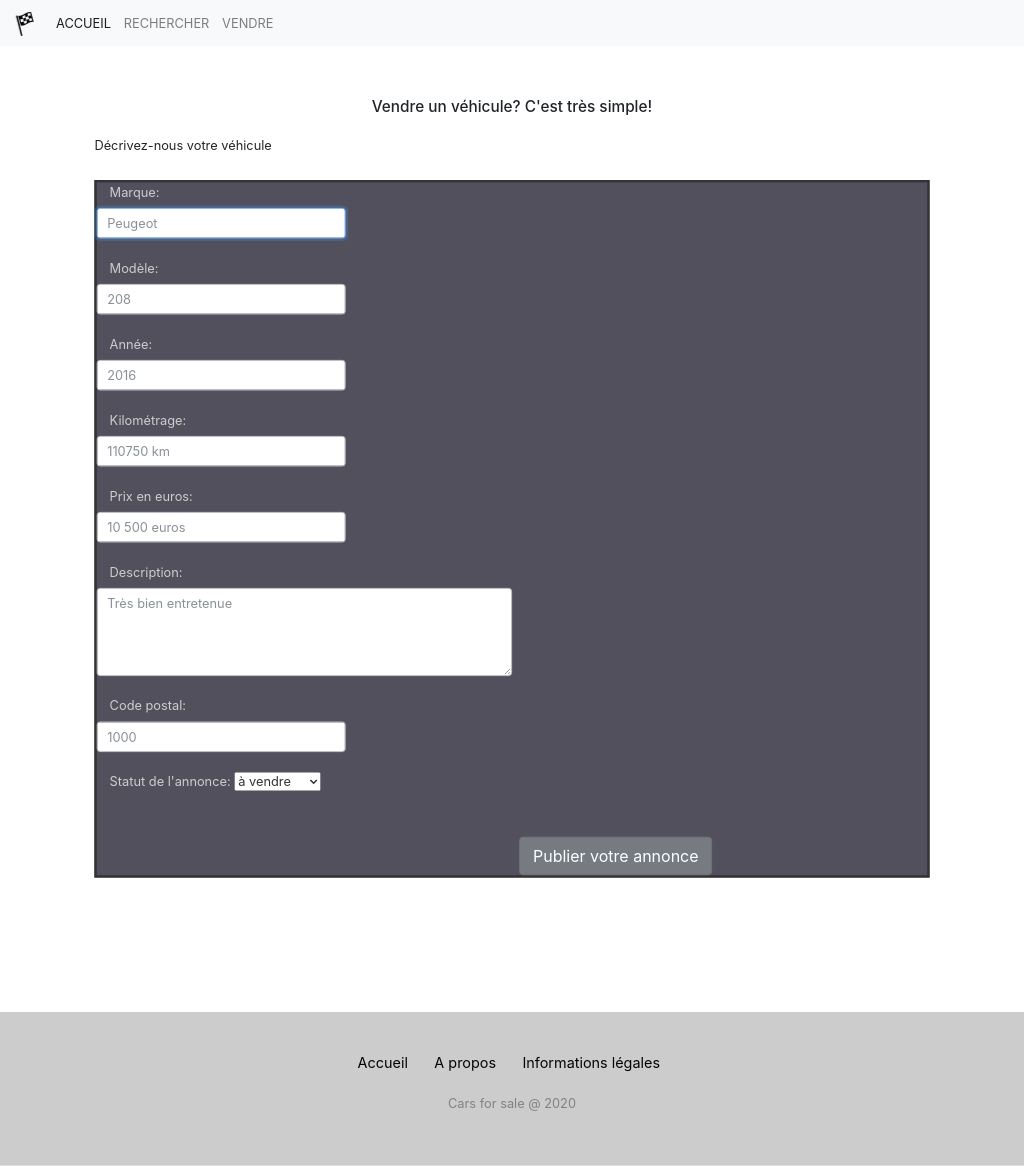
Repository: JonasvanHoorebeke/node_project_carforsale_final
Page: http://localhost/annonce/add
The author's editor kept a copy of each file at every save. The page is drawn from the files as they stood at one save, then again after the next save.
The browser window is 1280 px wide. The pictures show the whole page, at 80% of full size.
The page is served by the project's Node server (server.js). Other server files are loaded and not shown.

Above is the page before, as saved 2020-08-26 09:53:10.

### views/annonce_add.ejs

<%- include('header.ejs') %>
<div class="container p-5">
  <h2 class="introsignup">Vendre un véhicule? C'est très simple!</h2>
  <p>Décrivez-nous votre véhicule</p>
  <form action="/annonce/save" method="post">
    <div class="infosignup">
        <label for="marque" class="nomdescases">Marque:</label>
        <input type="text" class="form-control" id="marque" placeholder="Peugeot" name="marque" required autofocus>
    </div>
    <div class="infosignup">
        <label for="modele" class="nomdescases">Modèle:</label>
        <input type="text" class="form-control" id="modele" placeholder="208" name="modele" required aria-label="modele">
    </div>
    <div class="infosignup">
        <label for="annee" class="nomdescases">Année:</label>
        <input type="number" class="form-control" id="annee" placeholder="2016" name="annee" required aria-label="annee">
    </div>
    <div class="infosignup">
        <label for="kilometrage" class="nomdescases">Kilométrage:</label>
        <input type="number" class="form-control" id="kilometrage" placeholder="110750 km" name="kilometrage" required aria-label="kilometrage">
    </div>
    <div class="infosignup">
        <label for="prix" class="nomdescases">Prix en euros:</label>
        <input type="number" class="form-control" id="pwd" placeholder="10 500 euros" name="prix" required aria-label="prix">
    </div>
    <div class="infosignupdescription">
        <label for="description" class="nomdescases">Description:</label>
        <textarea type="textarea" cols="40" rows="4" class="form-control" id="description" placeholder="Très bien entretenue" name="description" required aria-label="description"></textarea>
    </div>
    <!--<div class="infosignup">
        <label for="photo" class="nomdescases">Photo:</label>
        <input type="text" class="form-control" id="photo" placeholder="Très bien entretenue" name="photo" required aria-label="photo">
    </div>-->
    <div class="infosignup">
        <label for="codepostal" class="nomdescases">Code postal:</label>
        <input type="text" class="form-control" id="codepostal" placeholder="1000" name="codepostal" required aria-label="codepostal">
    </div>
    <!--div class="infosignup">
        <label for="idcateg" class="nomdescases">Catégorie: (1 = ancien , 2 = récent, 3 = neuf)</label>
        <input type="text" class="form-control" id="categ" placeholder="2" name="idcateg" required>
    </div-->
    <!--<div class="infosignup">
        <label for="idcateg" class="nomdescases">Catégorie   :   (1 = ancien , 2 = récent, 3 = neuf)&nbsp&nbsp&nbsp&nbsp</label>
            <select id="idcateg" name="idcateg" required>
                <option value="1">1</option>
                <option value="2">2</option>
                <option value="3">3</option>
            </select>
    </div>-->
    <div class="infosignup">
        <label for="idcategorie" class="nomdescases">Statut de l'annonce: </label>
            <select id="idcategorie" name="idcategorie" required>
                <option value="1">à vendre</option>
                <option value="2">à échanger</option>
                <option value="3">autre</option>
            </select>
    </div>
    </br>
    <div class="login">
    <button type="submit" class="btn btn-secondary btn-lg active  offset-md-3" class="login">Publier votre annonce</button>
    </div>
</form>

</div>
</br></br></br></br></br>
<%- include('footer.ejs') %>

### views/header.ejs
<!DOCTYPE html>
<html lang="fr">

<head>
  <title>Cars for sale - Véhicules d'occasion</title>
  <meta charset="utf-8">
  <meta name="viewport" content="width=device-width, initial-scale=1.0">
  <link href="/css/style.css" rel="stylesheet" type="text/css">
  <link rel="stylesheet" href="https://maxcdn.bootstrapcdn.com/bootstrap/4.3.1/css/bootstrap.min.css">
  <script type="text/javascript" src="../scripts/scriptindex.js"></script>
  <script src="https://ajax.googleapis.com/ajax/libs/jquery/3.4.1/jquery.min.js"></script>
  <script src="https://maxcdn.bootstrapcdn.com/bootstrap/4.3.1/js/bootstrap.min.js"></script>
  <link rel="stylesheet" href="https://stackpath.bootstrapcdn.com/bootstrap/4.4.1/css/bootstrap.min.css" integrity="sha384-Vkoo8x4CGsO3+Hhxv8T/Q5PaXtkKtu6ug5TOeNV6gBiFeWPGFN9MuhOf23Q9Ifjh" crossorigin="anonymous">
    <!-- Plugin JS, jQuery Bootstrap -->
    <script src="https://code.jquery.com/jquery-3.5.1.slim.min.js" integrity="sha384-DfXdz2htPH0lsSSs5nCTpuj/zy4C+OGpamoFVy38MVBnE+IbbVYUew+OrCXaRkfj" crossorigin="anonymous"></script>
    <script src="https://cdn.jsdelivr.net/npm/popper.js@1.16.0/dist/umd/popper.min.js" integrity="sha384-Q6E9RHvbIyZFJoft+2mJbHaEWldlvI9IOYy5n3zV9zzTtmI3UksdQRVvoxMfooAo" crossorigin="anonymous"></script>
    <script src="https://stackpath.bootstrapcdn.com/bootstrap/4.5.0/js/bootstrap.min.js" integrity="sha384-OgVRvuATP1z7JjHLkuOU7Xw704+h835Lr+6QL9UvYjZE3Ipu6Tp75j7Bh/kR0JKI" crossorigin="anonymous"></script>

</head>
<body>
    <!--<nav class="navbar navbar-expand-sm navbar-light bg-light">
        <div class="container"><a class="skinfarmers" src="css/cars-for-sale-logo.png" width="30" height="30" alt="Logo de Cars for sale">></a><button data-toggle="collapse" class="navbar-toggler" data-target="#navcol-1"><span class="sr-only">Toggle navigation</span><span class="navbar-toggler-icon"></span></button>
            <div class="collapse navbar-collapse"
                id="navcol-1">
                <ul class="nav navbar-nav ml-auto">
                    <li role="presentation"><a class="navboutonergo" href="/annonce/add">Ajouter une annonce</a></li>
                    <li role="presentation"><a class="navbouton" href="#">Fonctionnement</a></li>
                    <li role="presentation"><a class="navbouton" href="/signup/now">S'inscrire</a></li>
                    <li role="presentation"><a class="navbouton" href="/profil">Profil</a></li>
                    <li role="presentation"><a class="navbouton" href="/logout">Déconnexion</a></li>
                    <li role="presentation"><a class="navbouton" href="/cart">cart</a></li>
                    <li><a href="/cart" class="cartlogo"><img src="/css/ttt.png" alt="bouton panier" style="max-width: 39px;"></a></li>
                </ul>
            </div>
        </div>
    </nav>-->

    <nav class="navbar navbar-expand-sm navbar-light bg-light">
        <a class="navbar-brand" href="/">
          <img src="css/cars-for-sale-logo.png" width="30" height="30" alt="Logo de Cars for sale">
        </a>
        <button class="navbar-toggler" type="button" data-toggle="collapse" data-target="#navbarNav" aria-controls="navbarNav" aria-expanded="false" aria-label="Toggle navigation">
          <span class="navbar-toggler-icon"></span>
        </button>
        <div class="collapse navbar-collapse" id="navbarNav">
          <ul class="navbar-nav">
            <li class="nav-item active">
              <a class="nav-link" href="/">ACCUEIL</a>
            </li>
            <li class="nav-item">
              <a class="nav-link" href="/">RECHERCHER</a>
            </li>
            <li class="nav-item">
              <a class="nav-link" href="/annonce/add">VENDRE</a>
            </li>
          </ul>
        </div>
      </nav>

### views/footer.ejs
<!DOCTYPE html>
<html lang="fr">
<head>
  <title></title>
  <meta charset="utf-8">
  <meta name="viewport" content="width=device-width, initial-scale=1.0">
  <link rel="stylesheet" href="https://stackpath.bootstrapcdn.com/bootstrap/4.4.1/css/bootstrap.min.css" integrity="sha384-Vkoo8x4CGsO3+Hhxv8T/Q5PaXtkKtu6ug5TOeNV6gBiFeWPGFN9MuhOf23Q9Ifjh" crossorigin="anonymous">
  <link href="/css/style.css" rel="stylesheet" type="text/css">
  <link rel="stylesheet" href="https://maxcdn.bootstrapcdn.com/bootstrap/4.3.1/css/bootstrap.min.css">
</head>
<div id="page">
  <div class="footerr">
      <footer>
          <ul class="boutonfooter">
              <li class="bouton"><a href="/">Accueil</a></li>
              <li class="bouton"><a href="#">A propos</a></li>
              <li class="bouton"><a href="/infoleg">Informations légales</a></li>
          </ul>
      </br>
          <p class="copyright">Cars for sale @ 2020</p>
      </footer>
  </div>
</div>
</body>
</html>

### server.js
const path = require('path');
const express = require('express');
const ejs = require('ejs');
const bodyParser = require('body-parser');
const mysql = require('mysql');
const app = express();
const http = require('http');
const mysqlConnection = require("./connection.js");
var router = express.Router();
var session = require('express-session');
var cookieParser = require('cookie-parser');



//set views file
app.set('views',path.join(__dirname,'views'));

//set view engine
app.set('view engine', 'ejs');
app.use(bodyParser.json());
app.use(bodyParser.urlencoded({ extended: false }));
app.use(cookieParser());
app.use(session({
  secret: 'secret',
  resave: false,
  saveUninitialized: true
}))
app.use(express.static(__dirname + '/public')) //pour utiliser le css en local (fichiers statiques)



//app.use('/', routesUsers);
let routesUsers = require("./routes/routesAnnonces");
app.use('/', routesUsers);
// Server Listening
app.listen(3000, () => {
    console.log('I am feeling great on port 3000');
});

### controllers/annonceControllers.js

let mysqlConnection = require('../connection');
let Annonce = require('../models/userModels');

/* GET home page. */
exports.mainrender = function (req, res) {
  let sql = "SELECT * FROM annonce INNER JOIN categorie ON categorie.idcategorie = annonce.idcategorie";
  let query = mysqlConnection.query(sql, (err, rows) => {
      if(req.session.role === 'SuperAdmin')
      res.render('admin.ejs', {
          title : 'Annonces',
          annonce : rows
      });
      else{
      res.render('admin.ejs', {
          title :'Annonces',
          annonce : rows

      })
      }
  });
};

/* GET form for new annonce */
exports.annonceNew = function (req, res) {
  res.render('annonce_add', {
      title : "Vendre un véhicule"
  });
};

  /* POST form for new annonce */
  exports.annonceAdd = function (req, res) {
  let annonce = new Annonce(req.body.idannonce, req.body.marque, req.body.modele, req.body.annee, req.body.kilometrage, req.body.prix, req.body.description, req.body.photo, req.body.codepostal, req.body.categorie);
  console.log(annonce);
  mysqlConnection.query("INSERT INTO annonce SET?",
      annonce, function (err, results) {
          if (err) {
              res.status(400).send(error);
          } else {
              res.status(200).redirect('/');
          }
      });
  };

  /* GET update annonce */
  exports.annonceUpdate = function (req, res) {
  let annonce = new Annonce(req.body.idannonce, req.body.marque, req.body.modele, req.body.annee, req.body.kilometrage, req.body.prix, req.body.description, req.body.photo, req.body.codepostal);
  console.log(annonce);
  mysqlConnection.query("UPDATE annonce SET marque='"+req.body.marque+"', modele='"+req.body.modele+"', annee='"+req.body.annee+"' where idannonce ="+req.body.idannonce,
      [annonce, req.body.idannonce], function (err, results) {
          if (err) {
              console.log(error);
              res.status(400).send(error);
          } else {
              res.status(202).redirect('/');
          }
      })
};

  /* POST update annonce */
exports.annonceEdit = function (req, res) {
  const id = req.params.id;
  let sql = `SELECT * FROM annonce WHERE idannonce = ${id} `; // idannonce = nom clé primaire dans la bd, id est lié au server
  let query = mysqlConnection.query(sql,(err, result)=>{
      if(err) throw err;
      res.render('annonce_edit',{
          title : 'Annonce',
          user : result[0]
      });
  });
};

  /* GET delete annonce */
  exports.annonceDelete = function (req, res) {
  const id = req.params.id;
  let sql = `DELETE from annonce WHERE idannonce = ${id}`;
  let query = mysqlConnection.query(sql,(err, result)=>{
      if(err) throw err;
      res.redirect('/');
  });
};

  /* GET an annonce */
  exports.annonce = function (req, res) {
  const id = req.params.id;
  let sql = `SELECT * from annonce WHERE idannonce = ${id}`;
  let query = mysqlConnection.query(sql,(err, result)=>{
      if(err) throw err;
      res.render('annonce_page',{
          title : 'Annonce demandée',
          annonce : result[0]
      });
  });
};





/* GET home page.
router.get('/', function(req, res, next) {
    res.render('index', { title: 'Cars for Sale' });
  });

  GET test connection.
  router.get('/testconnect', function(req, res, next){
    if (db != null) {
      res.send('La connexion est établie');
    } else {
      res.send('Échec de la tentative de connexion');
    }
  });

  GET generate list of annonces
  router.get('/acheter', function(req, res, next){
    db.query('SELECT * FROM tb_annonce', function(err, rs) {
      res.render('select', {acheter: rs}); // res.render = génère un modèle de vue
    });
  });

   GET generate specific annonce
   router.get('/detail', function(req, res, next){
    db.query('SELECT FROM tb_annonce WHERE id = ?', function(err, rs) {
      res.render('detail', {detail: rs}); // res.render = génère un modèle de vue
    });
  });

   GET form for new annonce
  router.get('/form', function(req, res, next){
    res.render('form', { acheter: {} });
  });

   POST form for new annonce
  router.post('/form', function(req, res, next){
    db.query('INSERT INTO tb_annonce SET ?', req.body, function(err, rs){
      res.render('new');
    })
  })

   GET delete annonce
  router.get('/delete', function(req, res, next) {
    db.query('DELETE FROM tb_annonce WHERE id = ?', req.query.id, function(err, rs) {
      res.redirect('/acheter');
    })
  });

   GET update annonce
  router.get('/edit', function(req, res, next) {
    db.query('SELECT * FROM tb_annonce WHERE id = ?', req.query.id, function(err, rs){
      res.render('form', {acheter: rs[0]});
    })
  });

   POST update annonce
  router.post('/edit', function(req, res, next) {
    var param =  [
      req.body,       // data for query
      req.query.id    // condition for update
    ]
    db.query('UPDATE tb_annonce SET ? WHERE id = ?', param, function(err, rs) {
      res.redirect('/acheter');    // go to page select
    })
  })
  */

### connection.js
const mysql = require("mysql");

var mysqlConnection = mysql.createConnection({
    host : "localhost",
    user : "root",
    password : "root",
    database : "db_carforsale",
    multipleStatements : true
});

mysqlConnection.connect((err)=>{
    if(!err)
        {
            console.log("Database connected <3");
        }
    else
        {
            console.log("Something went wrong with the database :( ");
        }
})

module.exports = mysqlConnection;

### public/css/style.css
body
{
    background-color: grey;
}


/* Gérer la couleur des liens/boutons */

nav a:link {
    text-decoration : none;
}

nav a:hover {
    color : rgb(0, 0, 0);
}

nav a:active {
    text-decoration: none;
}

nav a:visited{
    text-decoration : none;
}

.boutonfooter {
        padding-left: 0px;
        list-style: none;
      }

.footerr {
        padding: 50px 0;
        background-color: #cbcbcb;
        color: grey; /*gère la couleur du copyright en bas*/
        text-align: center;
        opacity: 98%;
        left : 0;
        bottom : 0;
        width: 100%;
      }

.footerr ul {
        padding: 0;
        list-style: none;
        text-align: center;
        font-size: 18px;
        line-height: 1.6;
        margin-bottom: 0;
      }

.footerr li {
        padding: 0 10px;
      }



ul {
        margin-top: 0;
        margin-bottom: 1rem;
      }

.bouton {
    margin-right: .5rem;
    display: inline-block;
}

.intro {
    text-align: center;
    background-color: #b0b0b0;
    font-size: 20px;
    opacity: 80%;
    border-radius: 5px 5px 5px 5px;
    width: 75%;
    height: 10%;
    display: block;
    margin-left: auto;
    margin-right: auto;
    border-radius: 5px 5px 5px 5px;
    box-shadow: 12px 15px 20px 0px rgba(46,61,73,0.15);
}

nav {
    background-attachment: fixed;
    background-size: cover;
    opacity: 98%;
}


nav a { /*gère le logo skinfarmerz*/
    color: #d3d3d3;
}

.boutonheader {
    list-style: none;
    display : inline;
}

ul.boutonheader {
    list-style: none;
    display : inline-flex;
}


.container {
    width: 100%;
    padding-right: 15px;
    padding-left: 15px;
    margin-right: auto;
    margin-left: auto;
}
.skinfarmers {
    display: inline-block;
    padding-top: .3125rem;
    padding-bottom: .3125rem;
    margin-right: 1rem;
    font-size: 1.25rem;
    line-height: inherit;
    white-space: nowrap;
}

.navbouton {
    display: block;
    padding: .5rem 1rem;
    color: goldenrod;
}

.navboutonergo {
    display: block;
    padding: .5rem 1rem;
    color: goldenrod;
}

ul.boutonfooter a {
    color: rgb(0, 0, 0)!important;
}

form {
    margin-top: 2em;
    background-color: #cac8c2;
}


#Lesskins {
    border-radius: 10px;
    margin-bottom: 200px;
    min-height: 400px;
}

.titreadd {
    color: #282536;
}

.titreproduit {
    text-align: center;
    color: #282536;
    background-color: #241e2d;
}

.cartt {
    text-align: center;
    background-color: #282536;
}

.introcart {
    text-align: center;
    background-color: #282536;
    color: #c1c1c1;
}

.itemm {
    display: block;
    color: #c1c1c1;
    padding-top: 1rem;
}

.nomskin {
    color: goldenrod;
}


.textintroregister {
    text-transform: uppercase;
    text-align: center;
    margin-bottom: 5rem;
}

.infos {
    display: block;
}

.listtt {
    display: block;
    text-align: center;
}

#loginbox {
    text-align: center;
}

.introsignup {
    font-size: larger;
    border-top: black solid;
    border-bottom: black solid;
    text-align: center;
    padding-top: 1rem;
    padding-bottom: 1rem;
    border: 2rem;
}

#infoleg {
    font-size: smaller;
}

.pascompte {
    border-top: 1px solid#888;
    color: goldenrod;
    padding-top:15px;
    font-size:85%;
    padding-bottom: 1rem;
    text-align: right;
}

.login {
    text-align: center;
}

.infologin {
    margin-bottom: 25px;
    text-align: center;
}

.infosignup {
    margin-bottom: 25px;
    width: 30%;
}

.infosignupdescription {
    margin-bottom: 25px;
    width: 50%;
}

form {
    background-color: #282536;
    opacity: 80%;
    border: black solid;
    border-bottom: black solid;

}

.nomdescases {
    color: #c1c1c1;
    padding-left: 1rem;
}

.cases {
    display: block;
    width: 100%;
    background-color: #fff;
    border: 1px solid #ced4da;
    border-radius: .25rem;
}

.navigation1 {
    padding: .5rem 1rem;
    flex-flow: row nowrap;
    justify-content: flex-start;
}

input.cases {
    text-align: center;
}

.imgskin {
    max-width : 350px;
}

.imageskin {
    display: flex;
	justify-content: center;
	align-items: center;
}

.espacement {
	margin-right: 20px;
}

.prixjeu {
    background-color: #8296c7;
    opacity: 90%;

}

.introitempage {
        font-size: larger;
        background-color: #282536;
        opacity: 80%;
        border-top: black solid;
        border-bottom: black solid;
        color: rgb(255, 255, 255);
        text-align: center;
        padding-top: 1rem;
        padding-bottom: 1rem;
        border: 2rem;
}

.cards-annonces {
        margin: 20px;

}

.col-sm {
        text-align: center;
        color: #000;
        font-size: 14px;
}

.col-sm-7{
    border-radius: 5px 5px 5px 5px;
    box-shadow: 12px 15px 20px 0px rgba(46,61,73,0.15);
}

.bouttons-annonces {
        text-align: center;

}

.card-prix{
    padding-left: 10px ;

}
/*.navbari {
    flex-flow: row nowrap;
    justify-content: flex-start;
    position: relative;
    display: flex;
    align-items: center;
    padding: .5rem 1rem;
}

*, ::after, ::before {
    box-sizing: border-box;
}

### scripts/scriptindex.js
function Recherche() {

    var input, filter, table, tr, td, i, txtValue;
    input = document.getElementById("Larecherche");
    filter = input.value.toUpperCase();
    table = document.getElementById("Lesskins");
    tr = table.getElementsByTagName("tr");

    // Boucle qui passe toute les lignes de la liste et qui cachent ceux qui correspondent pas à la recherche
    for (i = 0; i < tr.length; i++) {
      td = tr[i].getElementsByTagName("td")[0];
      if (td) {
        txtValue = td.textContent || td.innerText;
        if (txtValue.toUpperCase().indexOf(filter) > -1) {
          tr[i].style.display = "";
        } else {
          tr[i].style.display = "none";
        }
      }
    }
  }

After the next save:
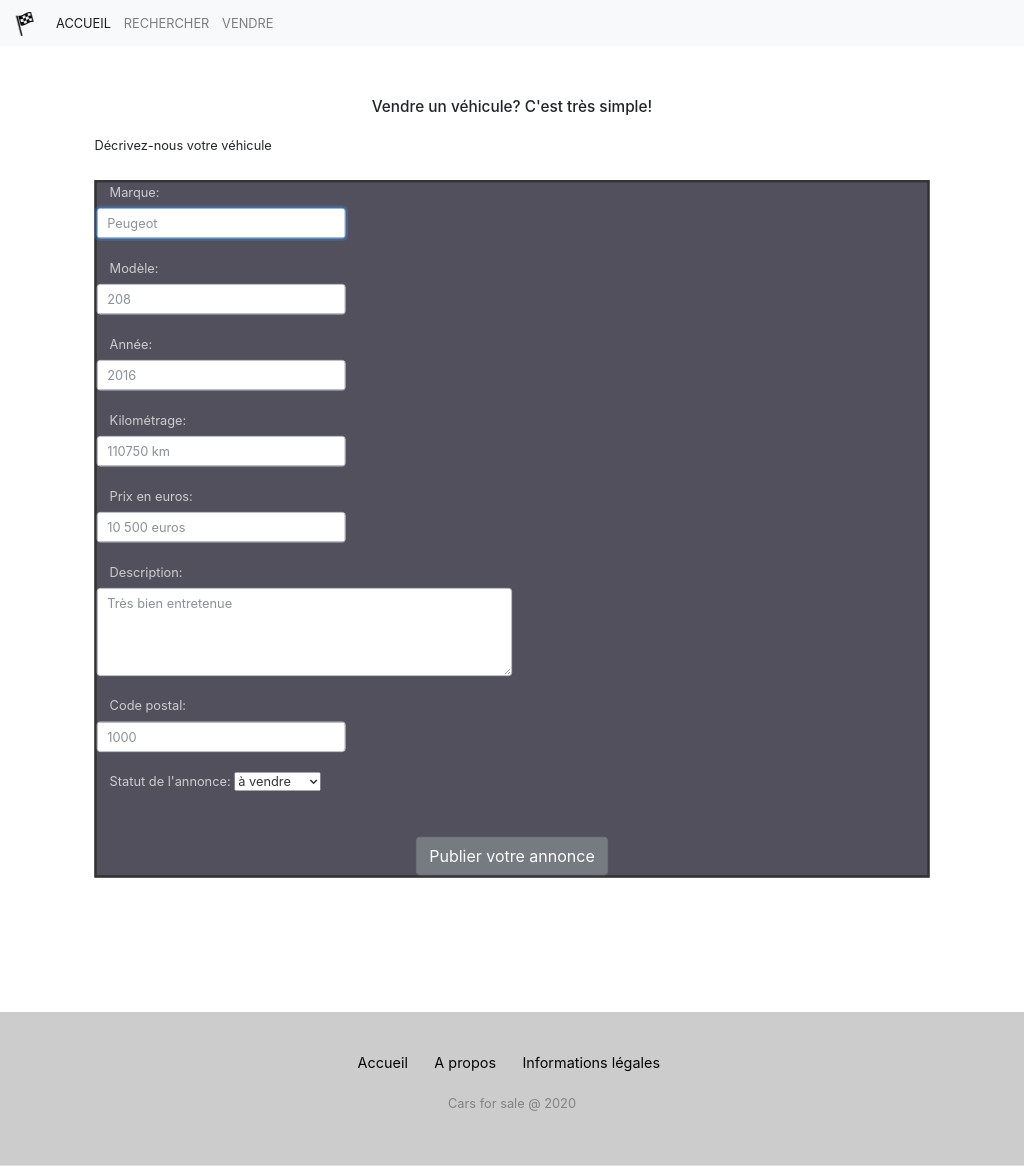
Saved 11 s later.
--- a/views/annonce_add.ejs
+++ b/views/annonce_add.ejs
@@ -58,7 +58,7 @@
     </div>
     </br>
     <div class="login">
-    <button type="submit" class="btn btn-secondary btn-lg active  offset-md-3" class="login">Publier votre annonce</button>
+    <button type="submit" class="btn btn-secondary btn-lg active" class="login">Publier votre annonce</button>
     </div>
 </form>
 
